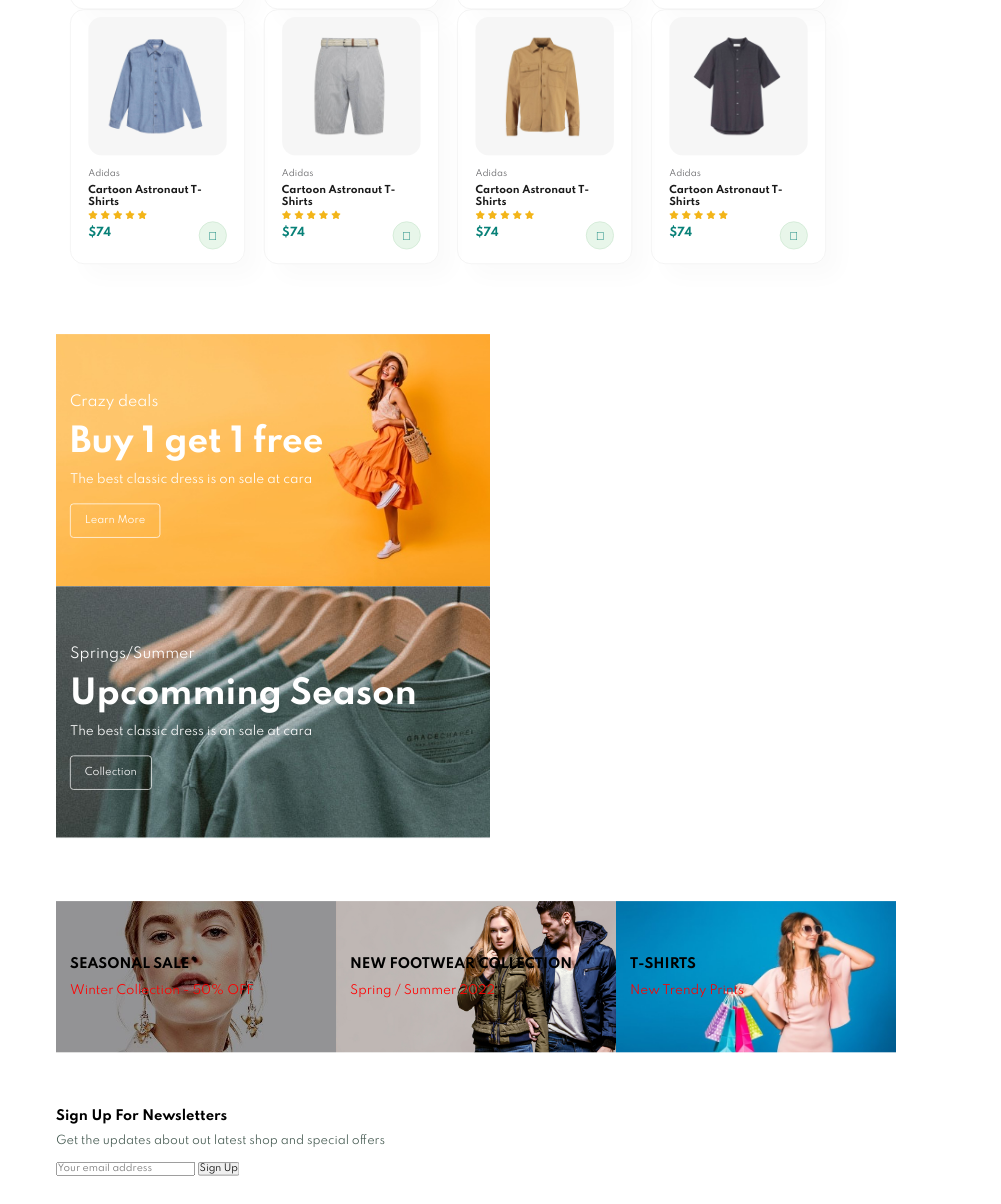
Repository: Daryllgio/E-Commerce-Website-UI
Page: index.html
An editor plug-in stored every save of this project. The page is shown before and after the next save, followed by the edit.
The browser window is 1280 px wide. The page is 1280 px wide, then 1430 px, so the pictures cover 1430 px, including what lies to the right of the window. The pictures show the part of the page from y = 2795 to 4515 px (the page is 4515 px tall), at 70% of full size.
Some web libraries are served in a nearby version.

Above is the page before, as saved 2025-01-01 00:08:15.

After the next save:
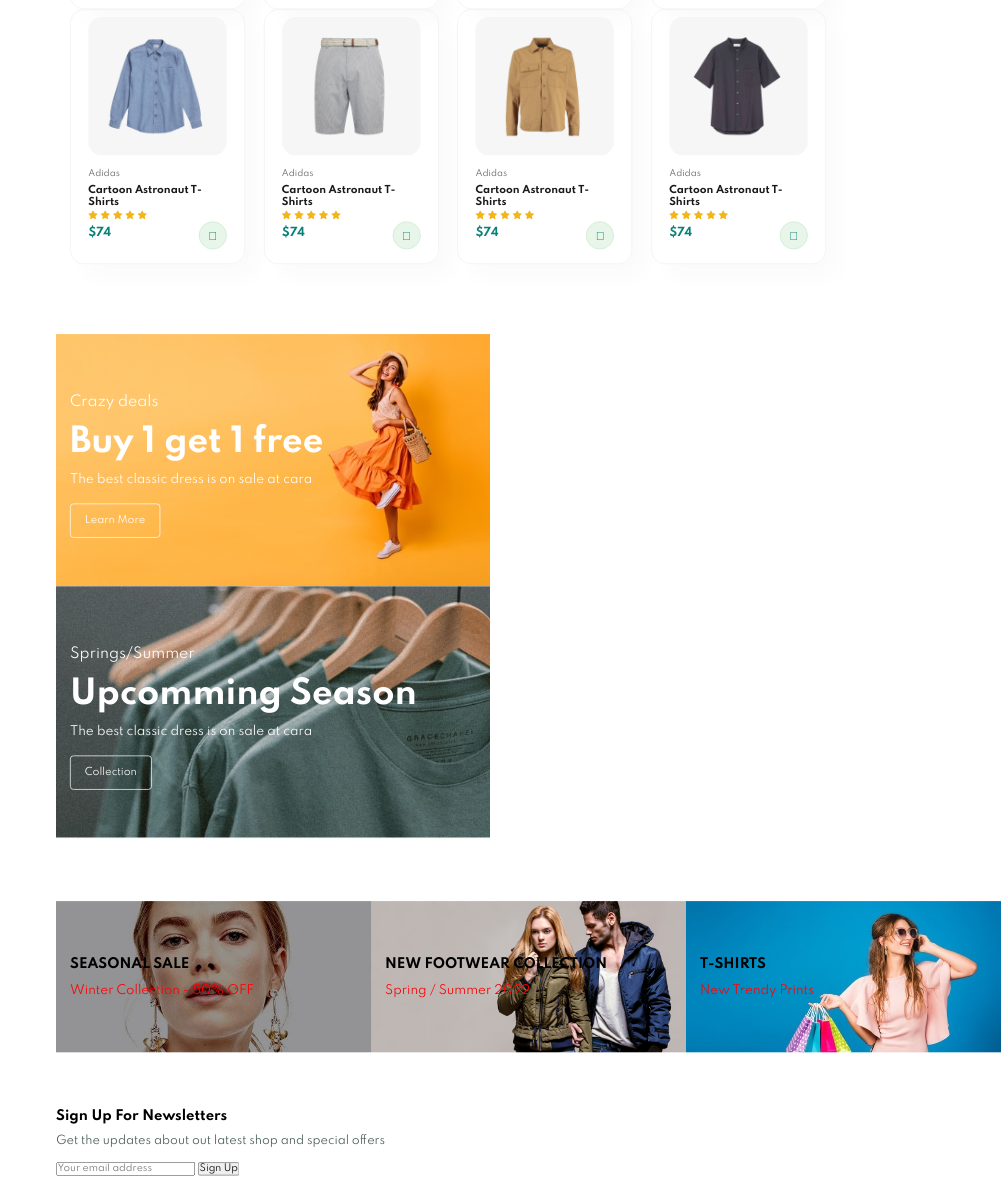
Saved 9 s later.
--- a/style.css
+++ b/style.css
@@ -387,7 +387,7 @@ body {
 #sm-banner2 .banner-box {
   background-image: url("img/banner/b7.jpg");
   height: 30vh;
-  min-width: 400px;
+  min-width: 450px;
   background-size: cover;
   padding: 0 20px;
   display: flex;
